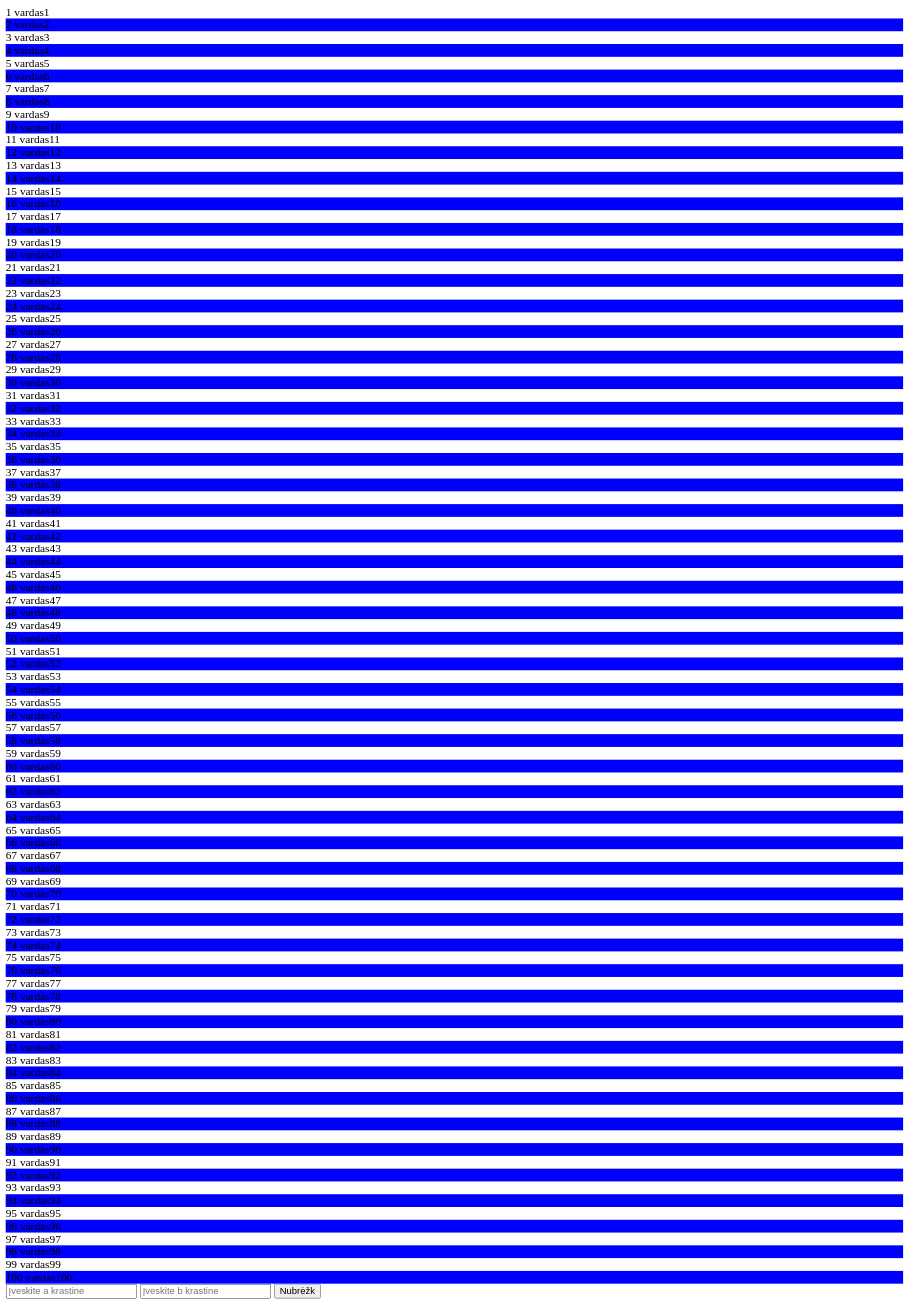
Repository: motiejus1/10-paskaita-JS
Page: index.html
The author's editor kept a copy of each file at every save. The page is drawn from the files as they stood at one save, then again after the next save.
The browser window is 1280 px wide. The pictures show the whole page, at 71% of full size.

Above is the page before, as saved 2021-06-22 11:58:48.

After the next save:
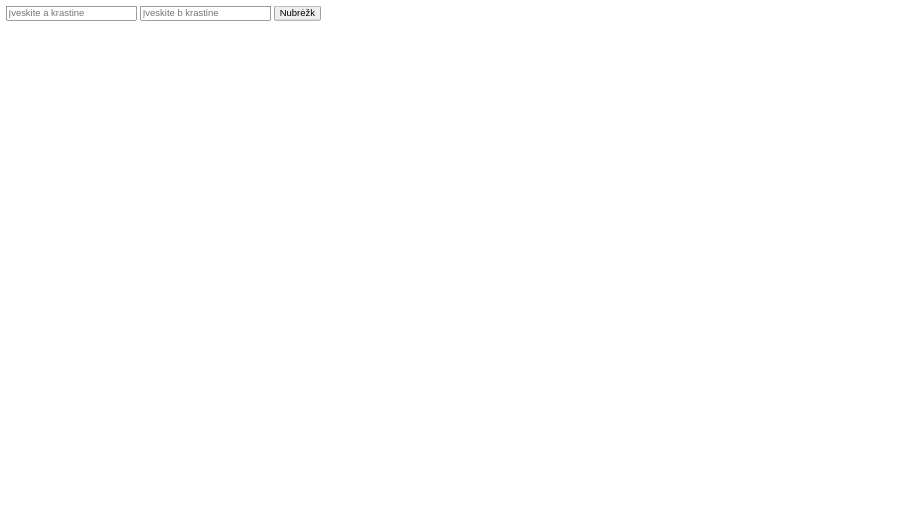
Saved 5 s later.
--- a/script.js
+++ b/script.js
@@ -19,9 +19,9 @@ for (let i=0; i<100; i++) {
     };
     masyvas[i]=objektas; // i => objekta
 
-    let div = document.createElement("div");
-    div.innerHTML = objektas.id + " " + objektas.vardas;
-    document.querySelector(".container").appendChild(div);
+    // let div = document.createElement("div");
+    // div.innerHTML = objektas.id + " " + objektas.vardas;
+    // document.querySelector(".container").appendChild(div);
 
     // console.log(Object.keys(objektas));
 }
